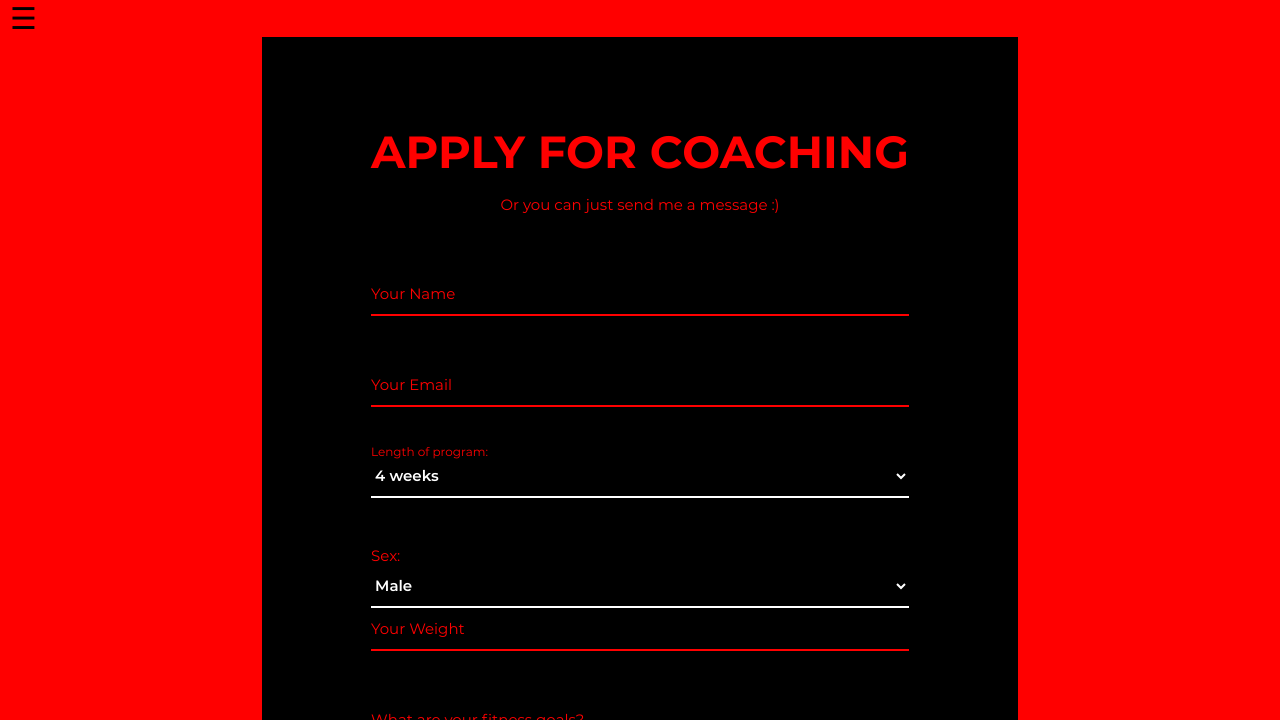
Repository: mamadont/MamadouFitnessWebsite
Page: pages-html/contact-me.html
These files come from the project's save history. The page is drawn as it stood at one moment and after the next save; the edit follows.
The browser window is 1280 px wide. The pictures show the whole page.
An inner scrolling area shows only its first screen. Some web libraries are served in a nearby version.

Above is the page before, as saved 2020-07-08 01:33:56.

### pages-html/contact-me.html
<!DOCTYPE html>
<html>

<head>
    <title>Mamadou Fitness</title>
    <link rel="stylesheet" href='../pages-css/contact.css'>
    <meta name="viewport" content="width=device-width, initial-scale=1.0">

    <!-- Animate.CSS-->
    <link rel="stylesheet" href="https://cdnjs.cloudflare.com/ajax/libs/animate.css/4.0.0/animate.min.css" />
    <!-- Font Awesome -->
    <script src="https://kit.fontawesome.com/0a51dc7bb6.js" crossorigin="anonymous"></script>

    <!-- MATERIAL DESIGN ICONIC FONT -->
    <link rel="stylesheet" href="../fonts/material-design-iconic-font/css/material-design-iconic-font.min.css">

</head>

<body>
    <!-- Parent container-->
    <div id="main" class="bg animate__animated animate__slideInLeft">
        <!-- Hamburger Icon-->
        <span class="menu-icon" onclick="openNav()">&#9776; </span>

        <!-- START: Contact form -->
        <div class="wrapper">
            <div class="inner">
                <form action="">
                    <h3>Apply for Coaching</h3>
                    <p>Or you can just send me a message :)</p>
                    <!-- Name -->
                    <label class="form-group">
						<input type="text" class="form-control"  required>
						<span>Your Name</span>
						<span class="border"></span>
                    </label>
                    <!-- Email -->
                    <label class="form-group">
						<input type="text" class="form-control"  required>
						<span for="">Your Email</span>
						<span class="border"></span>
                    </label>
                    <!-- Program length -->
                    <label class="form-group">
                        <select class="form-control" name="cars" id="cars">
                                <option value="4">4 weeks</option>
                                <option value="6">6 weeks</option>
                                <option value="8">8 weeks</option>
                                <option value="12">12 weeks</option>
                                <option value="other">Other</option>
                            </select>
                            <span for="cars">Length of program:</span>
                    <span class="border"></span>
                    </label>

                    <!-- Sex -->
                    <label for="cars">Sex:</label>
                    <select class="form-control" name="cars" id="cars">
                                <option value="male">Male</option>
                                <option value="female">Female</option>
                            </select>
                    <span class="border"></span>
                    </label>

                    <!-- Weight -->
                    <label class="form-group">
						<input type="number" class="form-control"  required>
						<span>Your Weight</span>
						<span class="border"></span>
                    </label>

                    <!-- Fitnes goals-->
                    <label class="form-group">
						<textarea name="" id="" class="form-control" required></textarea>
						<span for="">What are your fitness goals?</span>
						<span class="border"></span>
                    </label>

                    <!-- Medical conditions-->
                    <label class="form-group">
						<textarea name="" id="" class="form-control" required></textarea>
						<span for="">Do you have any medical conditions?</span>
						<span class="border"></span>
					</label>
                    <button>Submit
						<i class="zmdi zmdi-arrow-right"></i>
					</button>
                </form>
            </div>
        </div>
        <!-- END: Contact form -->

    </div>

    <!-- Side menu-->
    <div id="myNav" class="overlay">
        <a href="javascript:void(0)" class="closebtn" onclick="closeNav()">&times;</a>
        <div class="overlay-content">
            <!-- Menu Options -->
            <a href="../index.html">Home</a>
            <a href="./about-me.html">About me</a>
            <a href="./social-media.html">Social Media</a>
            <a href="#">Workout Programs</a>
            <a href="#">Shop</a>
            <a href="./contact-me.html">Apply for Coaching</a>
        </div>
    </div>

    <!-- Javascript for this page-->
    <script src="../scripts/script.js"></script>




    <!-- Necessary script tags for Bootstrap-->
    <script src="https://code.jquery.com/jquery-3.5.1.slim.min.js" integrity="sha384-DfXdz2htPH0lsSSs5nCTpuj/zy4C+OGpamoFVy38MVBnE+IbbVYUew+OrCXaRkfj" crossorigin="anonymous"></script>
    <script src="https://cdn.jsdelivr.net/npm/popper.js@1.16.0/dist/umd/popper.min.js" integrity="sha384-Q6E9RHvbIyZFJoft+2mJbHaEWldlvI9IOYy5n3zV9zzTtmI3UksdQRVvoxMfooAo" crossorigin="anonymous"></script>
</body>

</html>

### pages-css/contact.css
/* Background Image */

body,
html {
    height: 100%;
    font-family: "Montserrat-Regular";
    color: red;
    font-size: 15px;
    margin: 0;
    overflow-x: hidden;
    background-color: red;
}

.bg {
    /* The image used */
    background-color: red;
    /* Full height */
    height: 100%;
    /* Center and scale the image nicely */
    background-position: center;
    background-repeat: no-repeat;
    background-size: cover;
    z-index: -1;
}


/* Hamburger (Menu) icon */

.menu-icon {
    font-size: 30px;
    cursor: pointer;
    padding-left: 10px;
    color: black;
    height: 300px;
    width: 300px;
}


/* Menu overlay */

.overlay {
    height: 100%;
    width: 0;
    position: fixed;
    z-index: 1;
    top: 0;
    left: 0;
    background-color: rgb(0, 0, 0);
    background-color: rgba(0, 0, 0, 0.9);
    overflow-x: hidden;
    transition: 0.5s;
}

.overlay-content {
    position: relative;
    top: 25%;
    width: 100%;
    text-align: center;
    margin-top: 30px;
}

.overlay a {
    padding: 8px;
    text-decoration: none;
    font-size: 36px;
    color: #818181;
    display: block;
    transition: 0.3s;
}

.overlay a:hover,
.overlay a:focus {
    color: red;
    text-decoration: none;
}

.overlay .closebtn {
    position: absolute;
    top: 20px;
    right: 45px;
    font-size: 60px;
}

@media screen and (max-height: 450px) {
    .overlay a {
        font-size: 20px
    }
    .overlay .closebtn {
        font-size: 40px;
        top: 15px;
        right: 35px;
    }
}


/* Contact form */

@font-face {
    font-family: "Montserrat-Regular";
    src: url("../fonts/Montserrat/Montserrat-Regular.ttf");
}

@font-face {
    font-family: "Montserrat-Bold";
    src: url("../fonts/Montserrat/Montserrat-Bold.ttf");
}

@font-face {
    font-family: "Montserrat-SemiBold";
    src: url("../fonts/Montserrat/Montserrat-SemiBold.ttf");
}

* {
    -webkit-box-sizing: border-box;
    -moz-box-sizing: border-box;
    box-sizing: border-box;
}

input,
textarea,
select,
button {
    font-family: "Montserrat-Regular";
    color: #fff;
    font-size: 15px;
}

p,
h1,
h2,
h3,
h4,
h5,
h6,
ul {
    margin: 0;
}

img {
    max-width: 100%;
}

ul {
    padding-left: 0;
    margin-bottom: 0;
}

a:hover {
    text-decoration: none;
}

 :focus {
    outline: none;
}

.wrapper {
    min-height: 100vh;
    display: flex;
    align-items: center;
    background-size: cover;
}

.inner {
    max-width: 758px;
    margin: auto;
    background: black;
    border: 10px solid black;
    padding: 77px 99px 87px;
    /* box-shadow: 0px 0px 10px 0px rgba(0, 0, 0, 0.2);
    -webkit-box-shadow: 0px 0px 10px 0px rgba(0, 0, 0, 0.2);
    -moz-box-shadow: 0px 0px 10px 0px rgba(0, 0, 0, 0.2);
    -ms-box-shadow: 0px 0px 10px 0px rgba(0, 0, 0, 0.2);
    -o-box-shadow: 0px 0px 10px 0px rgba(0, 0, 0, 0.2); */
}

textarea {
    resize: none;
}

h3 {
    text-transform: uppercase;
    font-size: 45px;
    font-family: "Montserrat-Bold";
    text-align: center;
    margin-bottom: 12px;
}

p {
    text-align: center;
    padding: 0 10px;
    margin-bottom: 55px;
    line-height: 1.8;
}

.form-group {
    position: relative;
    display: block;
    margin-bottom: 48px;
}

.form-group span {
    font-size: 15px;
    color: red;
    position: absolute;
    top: 11px;
    transition: all .2s ease;
    transform-origin: 0 0;
    cursor: text;
}

.form-group span.border {
    height: 2px;
    display: block;
    position: absolute;
    width: 100%;
    left: 0;
    top: 41px;
    transform: scaleX(0);
    transition: all .15s ease;
    background: #fff;
}

.form-control {
    border: none;
    border-bottom: 2px solid red;
    display: block;
    width: 100%;
    height: 43px;
    font-size: 15px;
    background: none;
    font-family: "Montserrat-SemiBold";
}

.form-control:focus,
.form-control:valid {
    border-bottom: 2px solid #fff;
}

.form-control:focus+span,
.form-control:valid+span {
    transform: translateY(-22px) scale(0.8);
}

.form-control:focus+span+.border,
.form-control:valid+span+.border {
    transform: scaleX(1);
}

textarea.form-control {
    padding-top: 10px;
    padding-bottom: 10px;
}

button {
    border: none;
    width: 162px;
    height: 51px;
    border: 2px solid #fff;
    margin: auto;
    margin-top: 60px;
    cursor: pointer;
    display: flex;
    align-items: center;
    justify-content: center;
    padding: 0;
    background: none;
    color: #fff;
    text-transform: uppercase;
    font-family: "Montserrat-SemiBold";
    -webkit-transform: perspective(1px) translateZ(0);
    transform: perspective(1px) translateZ(0);
    position: relative;
    -webkit-transition-property: color;
    transition-property: color;
    -webkit-transition-duration: 0.3s;
    transition-duration: 0.3s;
}

button i {
    margin-left: 10px;
    -webkit-transform: translateZ(0);
    transform: translateZ(0);
    -webkit-transition-duration: 0.1s;
    transition-duration: 0.1s;
    -webkit-transition-property: transform;
    transition-property: transform;
    -webkit-transition-timing-function: ease-out;
    transition-timing-function: ease-out;
}

button:before {
    content: "";
    position: absolute;
    z-index: -1;
    top: 0;
    left: 0;
    right: 0;
    bottom: 0;
    background: red;
    -webkit-transform: scaleX(0);
    transform: scaleX(0);
    -webkit-transform-origin: 0 50%;
    transform-origin: 0 50%;
    -webkit-transition-property: transform;
    transition-property: transform;
    -webkit-transition-duration: 0.3s;
    transition-duration: 0.3s;
    -webkit-transition-timing-function: ease-out;
    transition-timing-function: ease-out;
}

button:hover {
    border-color: transparent;
}

button:hover:before {
    -webkit-transform: scaleX(1);
    transform: scaleX(1);
}

button:hover i {
    -webkit-transform: translateX(4px);
    transform: translateX(4px);
}

@media (max-width: 767px) {
    h3 {
        font-size: 38px;
    }
    p {
        font-size: 14px;
        padding: 0;
    }
    .inner {
        padding: 27px 20px 37px;
        border: none;
        box-shadow: none;
        -webkit-box-shadow: none;
        -moz-box-shadow: none;
        -ms-box-shadow: none;
        -o-box-shadow: none;
    }
    .wrapper {
        background: black;
        border: 10px solid red;
    }
}


/*# sourceMappingURL=style.css.map */

### scripts/script.js
function openNav() {
    // Changes width based on the width of the viewport (30% for larger screens, 100% for smaller screens)
    if (window.innerWidth < 1280) {
        document.getElementById("myNav").style.width = "100%";
    } else {
        document.getElementById("myNav").style.width = "30%";
    }

    document.getElementById("main").style.opacity = 0.5;



}

function closeNav() {
    document.getElementById("myNav").style.width = "0%";
    document.getElementById("main").style.opacity = 1.0
}

Loaded but not shown: fonts/material-design-iconic-font/css/material-design-iconic-font.min.css (library)

After the next save:
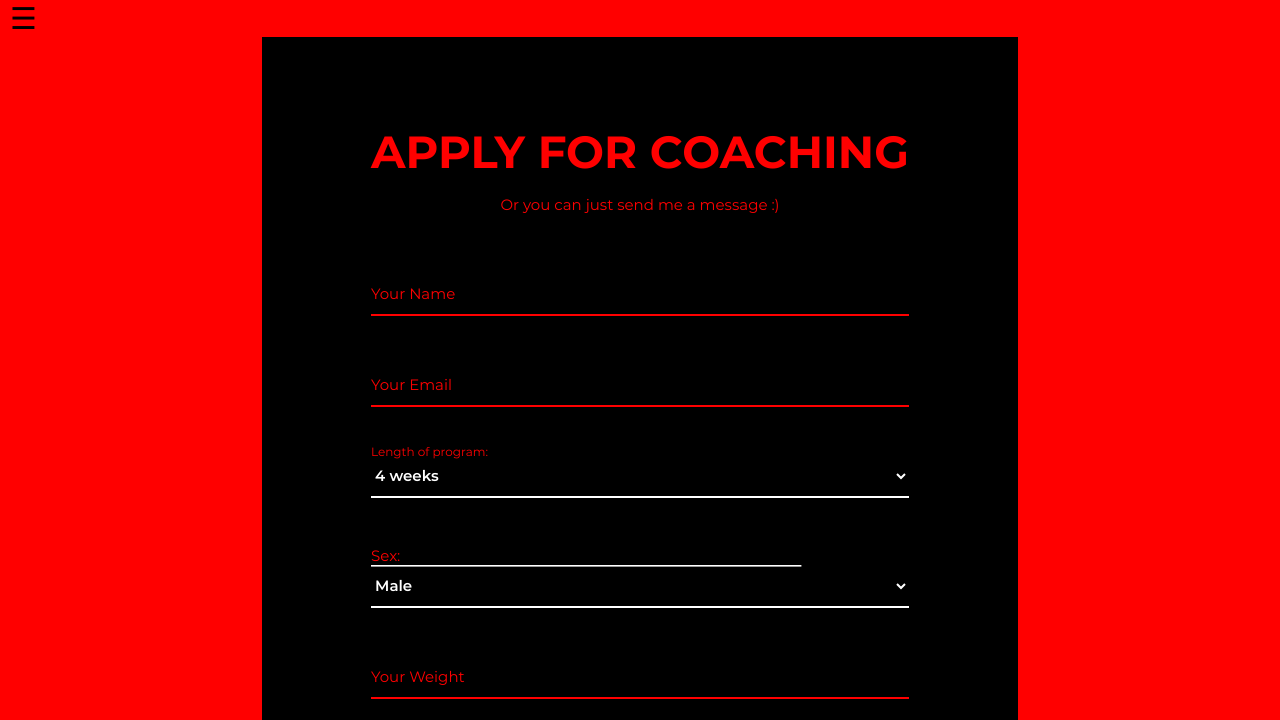
Saved 46 s later.
--- a/pages-html/contact-me.html
+++ b/pages-html/contact-me.html
@@ -54,12 +54,15 @@
                     </label>
 
                     <!-- Sex -->
-                    <label for="cars">Sex:</label>
+                    <label class="form-group">
+                        <label for="cars">Sex:</label>
                     <select class="form-control" name="cars" id="cars">
                                 <option value="male">Male</option>
                                 <option value="female">Female</option>
                             </select>
                     <span class="border"></span>
+                    </label>
+
                     </label>
 
                     <!-- Weight -->
@@ -68,14 +71,12 @@
 						<span>Your Weight</span>
 						<span class="border"></span>
                     </label>
-
                     <!-- Fitnes goals-->
                     <label class="form-group">
 						<textarea name="" id="" class="form-control" required></textarea>
 						<span for="">What are your fitness goals?</span>
 						<span class="border"></span>
                     </label>
-
                     <!-- Medical conditions-->
                     <label class="form-group">
 						<textarea name="" id="" class="form-control" required></textarea>
